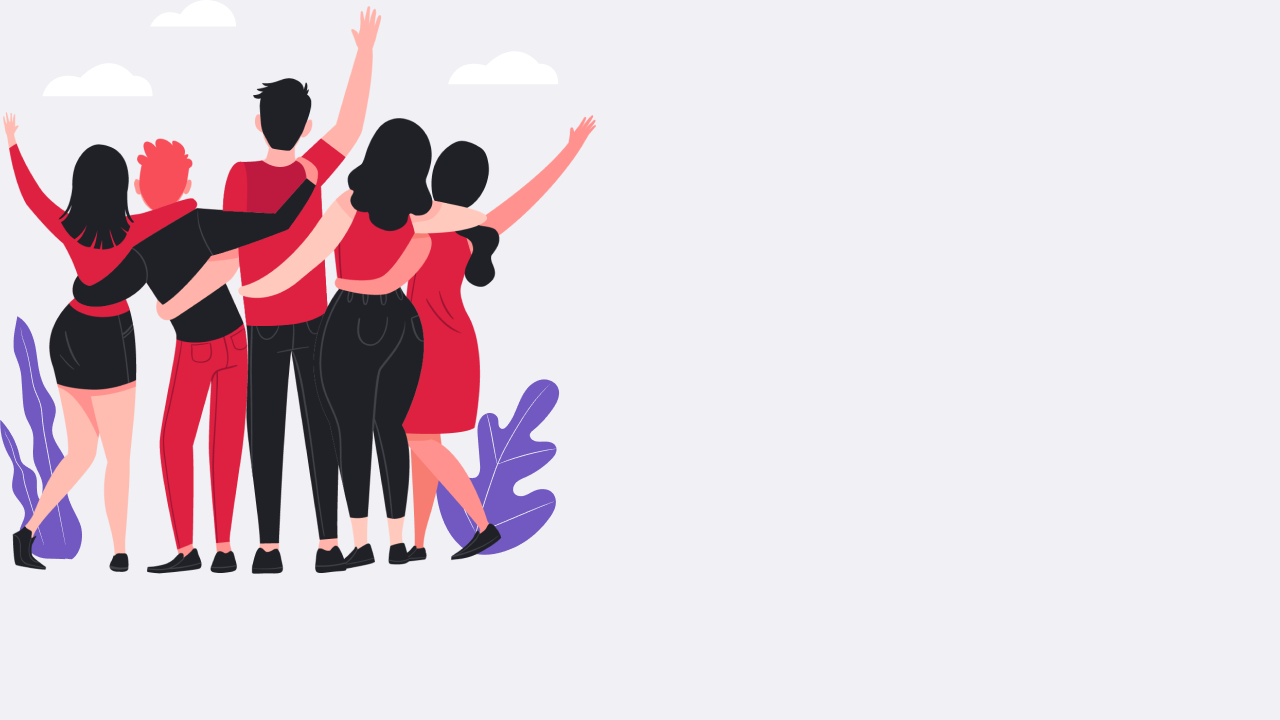
Repository: leandrohv/omnistack11-be-the-hero
Page: / (app in frontend/)
These files come from the project's save history. The page is drawn as it stood at one moment and after a run of saves; the edit follows.
The browser window is 1280 px wide. The pictures show the whole page.
The project was rebuilt for these pictures with package versions that can differ from the ones it lists, and the page was loaded fresh each time. Also part of the build but not shown: frontend/src/pages/Logon/styles.css.

Above is the page before, as saved 2020-03-25 23:56:55.

### frontend/src/App.js
import React from 'react';

import './global.css';

import Logon from './pages/Logon';

function App() {
  return (
      <Logon />
  );
}

export default App;

### frontend/src/global.css
@import url('https://fonts.googleapis.com/css?family=Roboto:400,500,700&display=swap');

* {
    margin: 0;
    padding: 0;
    outline: 0;
    box-sizing: border-box;
}

body {
    font: 400 14px Roboto, sans-serif;
    background: #f0f0f5;
    -webkit-font-smoothing: antialiased;
}

input, button, textarea {
    font: 400 18px Roboto, sans-serif;
}

button {
    cursor: pointer;
}

### frontend/src/pages/Logon/index.js
import React from 'react';

import './styles.css';

import heroesImg from '../../assets/heroes.png';

export default function Logon() {
    return (
        <div className="logon-container">
            <section className="form">
                <img src={heroesImg} alt="Heroes" />
            </section>
        </div>
    );
}

Loaded but not shown: frontend/public/index.html (common file); frontend/src/index.js (common file)

After the next 2 saves:
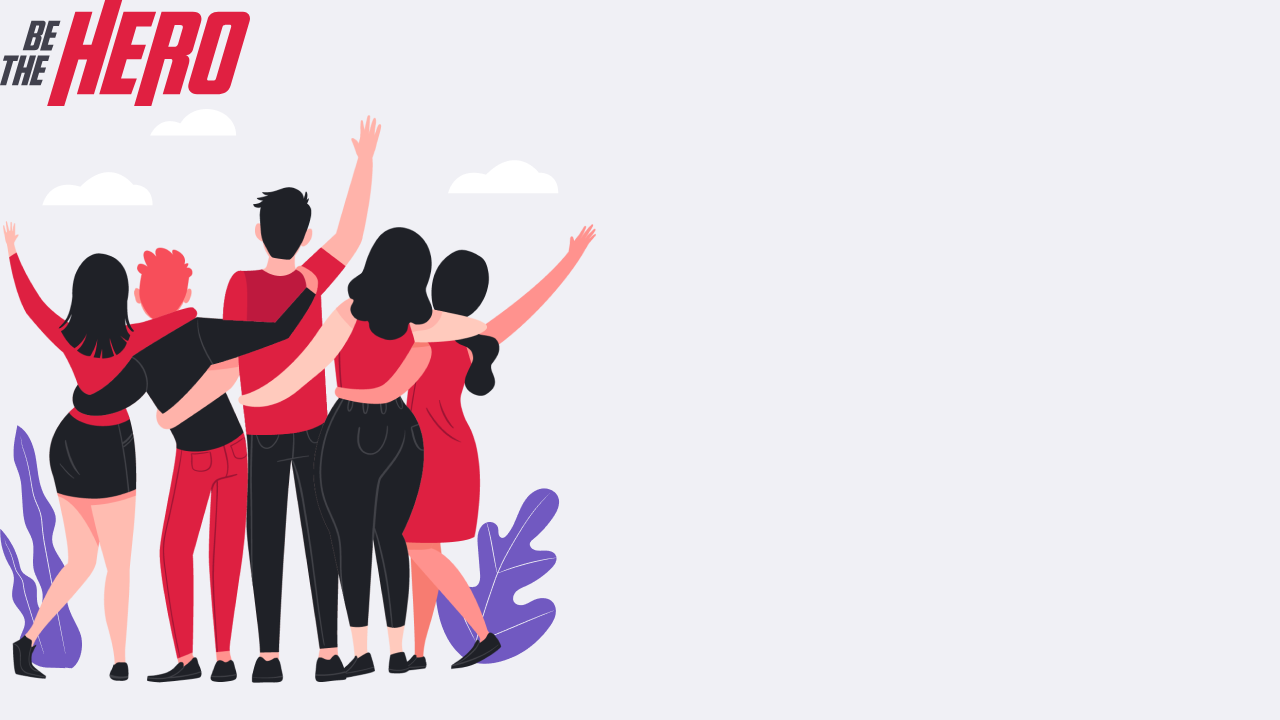
The 2 saves are shown as one change because 1 did not build or start.
The last was saved 43 s later.
--- a/frontend/src/pages/Logon/index.js
+++ b/frontend/src/pages/Logon/index.js
@@ -2,14 +2,16 @@ import React from 'react';
 
 import './styles.css';
 
+import logoImg from '../../assets/logo.svg';
 import heroesImg from '../../assets/heroes.png';
 
 export default function Logon() {
     return (
         <div className="logon-container">
             <section className="form">
-                <img src={heroesImg} alt="Heroes" />
+                <img src={logoImg} alt="Logomarca" />
             </section>
+            <img src={heroesImg} alt="Heroes" />
         </div>
     );
 }
